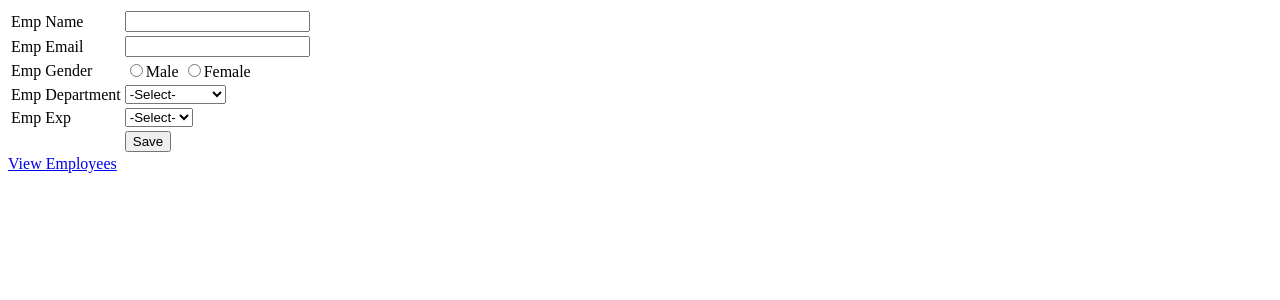
Repository: kiran1231276/book-my-show-app
Page: http://localhost/EmpProjectApp/
These files come from the project's save history. The page is drawn as it stood at one moment and after the next save; the edit follows.
The browser window is 1280 px wide. The pictures show the whole page.
The page is served by Tomcat 9.

Above is the page before, as saved 2023-12-29 06:23:25.

After the next save:
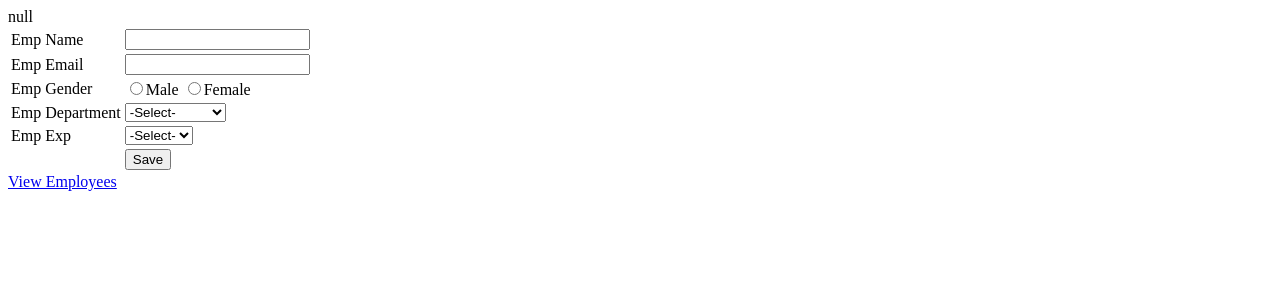
Saved 7 min 39 s later.
--- a/Ashok It Advanced Java/EmpProjectApp/src/main/webapp/index.jsp
+++ b/Ashok It Advanced Java/EmpProjectApp/src/main/webapp/index.jsp
@@ -7,6 +7,11 @@
     <title>Insert Employee</title>
 </head>
 <body>
+
+     <%
+       String msg = (String) request.getAttribute("msg");
+       out.print(msg);
+     %>
     <form action="insert" method="POST">
         <table>
             <tr>

After the save that followed:
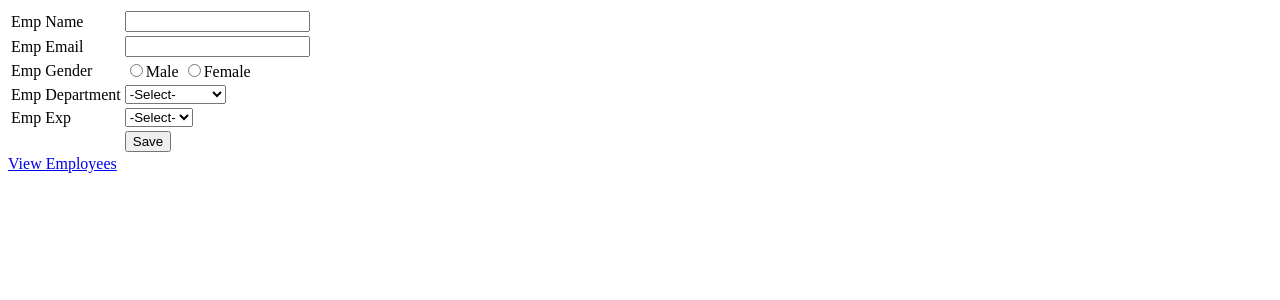
Saved 67 s later.
--- a/Ashok It Advanced Java/EmpProjectApp/src/main/webapp/index.jsp
+++ b/Ashok It Advanced Java/EmpProjectApp/src/main/webapp/index.jsp
@@ -1,5 +1,4 @@
-<%@ page language="java" contentType="text/html; charset=ISO-8859-1"
-    pageEncoding="ISO-8859-1"%>
+<%@ page language="java" contentType="text/html; charset=ISO-8859-1" pageEncoding="ISO-8859-1"%>
 <!DOCTYPE html>
 <html>
 <head>
@@ -7,10 +6,11 @@
     <title>Insert Employee</title>
 </head>
 <body>
-
-     <%
+    <%
        String msg = (String) request.getAttribute("msg");
-       out.print(msg);
+       if (msg != null) {
+           out.print("<p>" + msg + "</p>");
+       }
      %>
     <form action="insert" method="POST">
         <table>
@@ -59,7 +59,6 @@
             </tr>
         </table>
     </form>
-
-        <a href="emp.jsp">View Employees</a>
+    <a href="viewEmp.jsp">View Employees</a>
 </body>
 </html>
